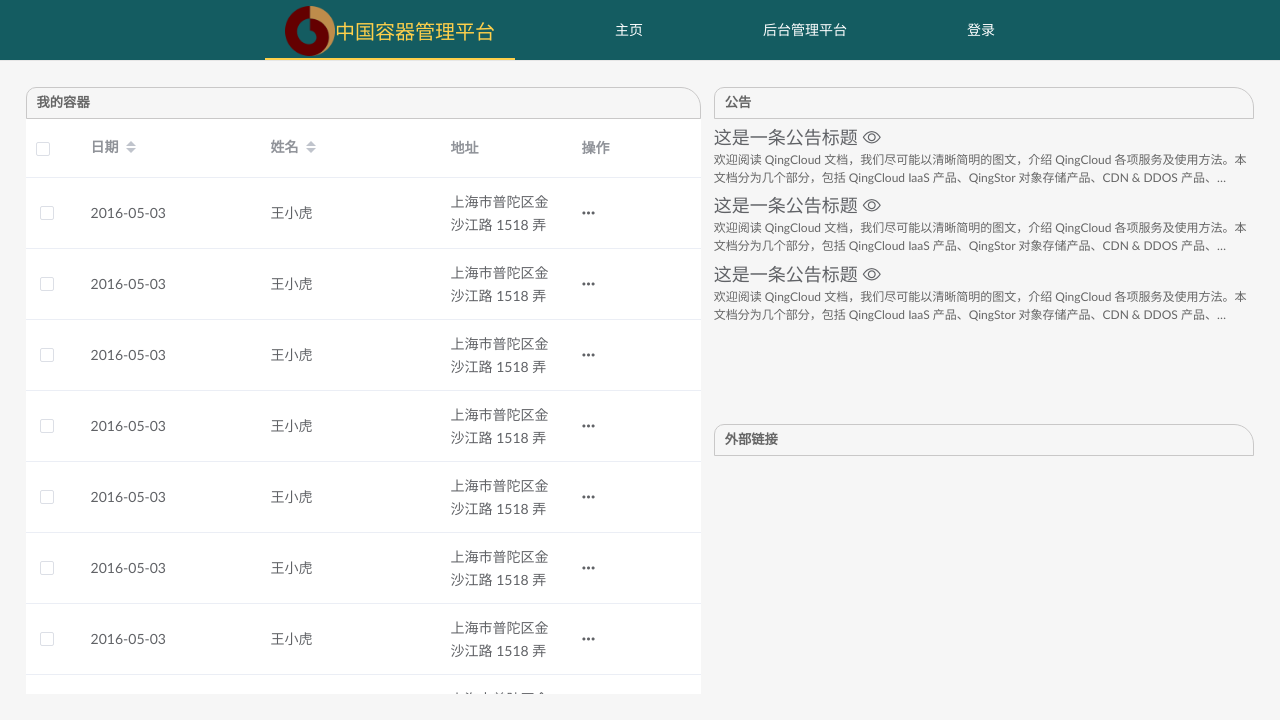
Repository: lei123zhou/zhongjin
Page: /main/home
The author's editor kept a copy of each file at every save. The page is drawn from the files as they stood at one save, then again after the next save.
The browser window is 1280 px wide. The pictures show the whole page.
An inner scrolling area shows only its first screen. The project was rebuilt for these pictures with package versions that can differ from the ones it lists, and the page was loaded fresh each time. Also part of the build but not shown: vue.config.js.

Above is the page before, as saved 2022-08-29 20:42:10.

### src/main.js
import Vue from "vue";
import App from "./App.vue";

Vue.config.productionTip = false;
import "./plugins/element";

import "./main.less";
import router from "./route/index.js";
import store from "./store/index.js";
new Vue({
  router,
  store,
  render: (h) => h(App),
}).$mount("#app");

### src/App.vue
<template>
  <div id="app">
    <router-view></router-view>
  </div>
</template>

<script>
export default {
};
</script>

<style>
#app{
  height: 100%;
  overflow: hidden;

}
</style>>

### src/plugins/element.js
import Vue from "vue";
import {
  Button,
  Form,
  Input,
  Icon,
  FormItem,
  Loading,
  Card,
  Menu,
  MenuItem,
  Submenu,
  Table,
  TableColumn,
  Dropdown,
  DropdownMenu,
  DropdownItem,
  Tooltip,
  Popover,
  Pagination,
  Link,
  Dialog,
} from "element-ui";
import "element-ui/lib/theme-chalk/index.css";
Vue.use(Button);
Vue.use(Form);
Vue.use(Input);
Vue.use(Icon);
Vue.use(FormItem);
Vue.use(Card);
Vue.use(Menu);
Vue.use(MenuItem);
Vue.use(Submenu);
Vue.use(Table);
Vue.use(TableColumn);
Vue.use(Dropdown);
Vue.use(DropdownMenu);
Vue.use(DropdownItem);
Vue.use(Tooltip);
Vue.use(Popover);
Vue.use(Pagination);
Vue.use(Link);
Vue.use(Dialog);
Vue.use(Loading);

### src/main.less
@media (min-width:0px){
    html{font-size:12px;}
}
@media (min-width: 320px){
    html{font-size:12px;}
}
@media (min-width: 340px){
    html{font-size:13px;}
}
@media (min-width: 360px){
    html{font-size:14px;}
}
@media (min-width: 380px){
    html{font-size:15px;}
}
@media (min-width: 400px){
    html{font-size:15px;}
}
@media (min-width: 420px){
    html{font-size:16px;}
}
*{
    margin: 0;
    padding: 0;
}
ul,ol,li,dl{
    list-style-type: none;
}
a{
    text-decoration: none;
}
html,body{
    height: 100%;

    overflow: hidden;

}
body{
    font-family: 'Trebuchet MS', 'Lucida Sans Unicode', 'Lucida Grande', 'Lucida Sans', Arial, sans-serif;
    color: #666;
    line-height: 1.5;
}
.bottom-border,
.top-border {
  position: relative;
}

.bottom-border::after,
.top-border::before {
  content: '';
  position: absolute;
  left: 0;
  right: 0;
  height: 1px;
  background-color:#d43c33;
  transform: scaleY(0.5);
}

.top-border::before {
  top: 0;
}

.bottom-border::after {
  bottom: 0;
}

### src/route/index.js
import Vue from "vue";
import VueRouter from "vue-router";
Vue.use(VueRouter);
const originPush = VueRouter.prototype.push;
VueRouter.prototype.push = function push(location) {
  return originPush.call(this, location).catch((err) => err);
};
const routes = [
  { path: "/", redirect: "/login" },
  { path: "/login", name: 'login', component: () => import('../pages/login/LoginPage.vue') },
  {
    path: "/main", name: 'main', component: () => import('../pages/main/MainPage.vue'), children: [
      { path: "", redirect: "/main/home" },
      {
        path: "home",
        name: "home",
        component: () => import("../pages/home/HomePage.vue"),
      },
    ]
  }
];
const router = new VueRouter({
  routes,
  mode: 'history'
})
export default router;

### src/store/index.js
import Vue from 'vue';
import Vuex from 'vuex';
Vue.use(Vuex);
export default new Vuex.Store({
    state:{},
    getters:{},
    mutations:{}
})

### src/pages/main/MainPage.vue
<template>
  <div class="main">
    <div class="heard">
      <el-menu
        :default-active="activeIndex2"
        class="el-menu-demo"
        mode="horizontal"
        @select="handleSelect"
        background-color="#145c61"
        text-color="#fff"
        active-text-color="#ffd04b"
      >
        <el-menu-item index="1">
          <template slot="title">
            <img src="../../assets/u2.png" alt="" id="logo" />
            <span class="login-title">中国容器管理平台</span>
          </template></el-menu-item
        >
        <el-menu-item index="2">主页</el-menu-item>
        <el-menu-item index="3" @click="toManagement"
          >后台管理平台</el-menu-item
        >
        <el-menu-item index="null">登录</el-menu-item>
      </el-menu>
    </div>
    <router-view></router-view>
  </div>
</template>

<script>
export default {
  data() {
    return {
      activeIndex: "1",
      activeIndex2: "1",
    };
  },
  methods: {
    handleSelect(key, keyPath) {
      console.log(key, keyPath);
    },
    toManagement() {
      this.$router.push("/management");
    },
  },
};
</script>
<style lang="less" scoped>
.main {
  display: flex;
  flex-direction: column;
  justify-content: start;
  background-color: #f6f6f6;
  height: 100%;
  .heard {
    width: 100%;
    background-color: "#145c61";
  }
}
.login-title {
  font-size: 20px;
  line-height: 61px;
}
.clearfix {
  display: flex;
  align-content: center;
  justify-content: space-around;
}
#logo {
  width: 50px;
}
/deep/.el-menu.el-menu--horizontal {
  display: flex;
  justify-content: center;
  li {
    margin: 0 40px;
    padding: 0 20px;
  }
}
</style>

### src/pages/home/HomePage.vue
<template>
  <div class="home">
    <div class="left">
      <h5 class="title">我的容器</h5>
      <el-table
        ref="multipleTable"
        :data="tableData"
        tooltip-effect="dark"
        style="width: 100%"
        @selection-change="handleSelectionChange"
      >
        <el-table-column type="selection" width="55"> </el-table-column>
        <el-table-column prop="date" label="日期" sortable width="180">
        </el-table-column>
        <el-table-column prop="name" label="姓名" sortable width="180">
        </el-table-column>
        <el-table-column prop="address" label="地址" :formatter="formatter">
        </el-table-column>
        <el-table-column label="操作">
          <el-popover placement="right" width="40" trigger="hover">
            <template slot-scope="scope">
              <el-button
                size="mini"
                @click="handleEdit(scope.$index, scope.row)"
                >编辑</el-button
              >
              <el-button
                size="mini"
                type="danger"
                @click="handleDelete(scope.$index, scope.row)"
                >删除</el-button
              >
            </template>
            <i slot="reference" class="el-icon-more"></i>
          </el-popover>
        </el-table-column>
      </el-table>
      <el-pagination background layout="prev, pager, next" :total="1000">
      </el-pagination>
      <div style="margin-top: 20px" v-if="allDel">
        <el-button @click="toggleSelection([tableData[1], tableData[2]])"
          >全部删除</el-button
        >
        <el-button @click="toggleSelection()">取消选择</el-button>
      </div>
    </div>
    <div class="right">
      <div class="right-top">
        <h5 class="title">公告</h5>
        <div class="contaion">
          <div>
            <el-link @click="showDetail"
              >这是一条公告标题<i class="el-icon-view el-icon--right"></i>
            </el-link>
            <span
              >欢迎阅读 QingCloud 文档，我们尽可能以清晰简明的图文，介绍
              QingCloud 各项服务及使用方法。本文档分为几个部分，包括 QingCloud
              IaaS 产品、QingStor 对象存储产品、CDN & DDOS 产品、QingCloud
              AppCenter
              产品等。每类产品的文档包含产品介绍、使用说明、开发者接口文档、FAQ
              等。 如果使用过程中遇到困惑或问题，建议先按产品类型查看下常见问题
              FAQ， 我们会不断收集整理用户提出的问题，并编入 FAQ 。
              对于想更高效地使用 QingCloud，或想通过 QingCloud
              做进一步开发的技术人员，可以参阅 QingCloud 的 API 文档。
              我们开放了资源相关的所有 API，就是希望开发者能够基于 QingCloud
              创造更丰富的上层服务。
              根据中国大陆工信部的规定，所有在大陆境内运行的网站必须进行 ICP
              备案。 详细备案文档请前往 青云备案管理系统 查看。</span
            >
            <diglog ref="show" :announcement="announcement"></diglog>
          </div>
          <div>
            <el-link @click="showDetail"
              >这是一条公告标题<i class="el-icon-view el-icon--right"></i>
            </el-link>
            <span
              >欢迎阅读 QingCloud 文档，我们尽可能以清晰简明的图文，介绍
              QingCloud 各项服务及使用方法。本文档分为几个部分，包括 QingCloud
              IaaS 产品、QingStor 对象存储产品、CDN & DDOS 产品、QingCloud
              AppCenter
              产品等。每类产品的文档包含产品介绍、使用说明、开发者接口文档、FAQ
              等。 如果使用过程中遇到困惑或问题，建议先按产品类型查看下常见问题
              FAQ， 我们会不断收集整理用户提出的问题，并编入 FAQ 。
              对于想更高效地使用 QingCloud，或想通过 QingCloud
              做进一步开发的技术人员，可以参阅 QingCloud 的 API 文档。
              我们开放了资源相关的所有 API，就是希望开发者能够基于 QingCloud
              创造更丰富的上层服务。
              根据中国大陆工信部的规定，所有在大陆境内运行的网站必须进行 ICP
              备案。 详细备案文档请前往 青云备案管理系统 查看。</span
            >
            <diglog ref="show" :announcement="announcement"></diglog>
          </div>
          <div>
            <el-link @click="showDetail"
              >这是一条公告标题<i class="el-icon-view el-icon--right"></i>
            </el-link>
            <span
              >欢迎阅读 QingCloud 文档，我们尽可能以清晰简明的图文，介绍
              QingCloud 各项服务及使用方法。本文档分为几个部分，包括 QingCloud
              IaaS 产品、QingStor 对象存储产品、CDN & DDOS 产品、QingCloud
              AppCenter
              产品等。每类产品的文档包含产品介绍、使用说明、开发者接口文档、FAQ
              等。 如果使用过程中遇到困惑或问题，建议先按产品类型查看下常见问题
              FAQ， 我们会不断收集整理用户提出的问题，并编入 FAQ 。
              对于想更高效地使用 QingCloud，或想通过 QingCloud
              做进一步开发的技术人员，可以参阅 QingCloud 的 API 文档。
              我们开放了资源相关的所有 API，就是希望开发者能够基于 QingCloud
              创造更丰富的上层服务。
              根据中国大陆工信部的规定，所有在大陆境内运行的网站必须进行 ICP
              备案。 详细备案文档请前往 青云备案管理系统 查看。</span
            >
            <diglog ref="show" :announcement="announcement"></diglog>
          </div>
        </div>
      </div>
      <div class="right-down"><h5 class="title">外部链接</h5></div>
    </div>
  </div>
</template>

<script>
import diglog from "./compontents/DiglogCom.vue";
export default {
  components: {
    diglog,
  },
  data() {
    return {
      allDel: false,
      dialogVisible: false,
      announcement: "",
      tableData: [
        {
          date: "2016-05-03",
          name: "王小虎",
          address: "上海市普陀区金沙江路 1518 弄",
        },
        {
          date: "2016-05-03",
          name: "王小虎",
          address: "上海市普陀区金沙江路 1518 弄",
        },
        {
          date: "2016-05-03",
          name: "王小虎",
          address: "上海市普陀区金沙江路 1518 弄",
        },
        {
          date: "2016-05-03",
          name: "王小虎",
          address: "上海市普陀区金沙江路 1518 弄",
        },
        {
          date: "2016-05-03",
          name: "王小虎",
          address: "上海市普陀区金沙江路 1518 弄",
        },
        {
          date: "2016-05-03",
          name: "王小虎",
          address: "上海市普陀区金沙江路 1518 弄",
        },
        {
          date: "2016-05-03",
          name: "王小虎",
          address: "上海市普陀区金沙江路 1518 弄",
        },
        {
          date: "2016-05-03",
          name: "王小虎",
          address: "上海市普陀区金沙江路 1518 弄",
        },
        {
          date: "2016-05-03",
          name: "王小虎",
          address: "上海市普陀区金沙江路 1518 弄",
        },
        {
          date: "2016-05-02",
          name: "王小虎",
          address: "上海市普陀区金沙江路 1518 弄",
        },
        {
          date: "2016-05-04",
          name: "王小虎",
          address: "上海市普陀区金沙江路 1518 弄",
        },
        {
          date: "2016-05-01",
          name: "王小虎",
          address: "上海市普陀区金沙江路 1518 弄",
        },
      ],
      multipleSelection: [],
    };
  },

  methods: {
    toggleSelection(rows) {
      if (rows) {
        rows.forEach((row) => {
          this.$refs.multipleTable.toggleRowSelection(row);
        });
      } else {
        this.$refs.multipleTable.clearSelection();
      }
    },
    handleSelectionChange(val) {
      this.multipleSelection = val;
      this.allDel = !this.allDel;
    },
    // 编辑删除
    handleEdit(index, row) {
      console.log(index, row);
    },
    handleDelete(index, row) {
      console.log(index, row);
    },

    formatter(row) {
      return row.address;
    },
    showDetail() {
      this.$refs.show.showDig();
    },
  },
};
</script>

<style lang="less" scoped>
.home {
  display: flex;
  margin: 2vw;
  height: 100%;
  overflow-x: hidden;
  overflow-y: auto;
  h5 {
    padding: 5px 10px;
    border: 1px solid rgb(201, 200, 200);
    border-top-right-radius: 20px;
    border-top-left-radius: 10px;
  }
}
.left {
  width: 55%;
  margin-right: 1%;
  .el-pagination {
    margin-top: 20px;
    display: flex;
    justify-content: flex-end;
  }
  .el-table .el-table__cell {
    padding: 18px 0;
  }
}
.right {
  flex: 1;
  display: flex;
  flex-direction: column;
  .right-top {
    display: flex;
    flex-direction: column;
    margin-bottom: 1%;
  }
}
.contaion {
  height: 300px;
  div {
    margin: 5px 0px;
  }
  span {
    display: block;
    width: 100%;
    text-overflow: -o-ellipsis-lastline;
    overflow: hidden;
    text-overflow: ellipsis;
    display: -webkit-box;
    -webkit-line-clamp: 2;
    -webkit-box-orient: vertical;
    font-size: 12px;
  }
  .el-link {
    font-size: 18px;
  }
}
</style>

### src/pages/home/compontents/DiglogCom.vue
<template>
  <div>
    <el-dialog
      title="提示"
      :visible.sync="dialogVisible"
      width="30%"
      :before-close="handleClose"
    >
      <span>这是一段信息</span>
      <span slot="footer" class="dialog-footer">
        <el-button type="primary" @click="dialogVisible = false"
          >已阅读</el-button
        >
      </span>
    </el-dialog>
  </div>
</template>

<script>
export default {
  props: ["announcement"],
  data() {
    return {
      dialogVisible: false,
    };
  },
  methods: {
    handleClose(done) {
      this.$confirm("确认关闭？").then(() => {
        done();
      });
    },
    showDig() {
      this.dialogVisible = true;
    },
  },
};
</script>

<style></style>

Loaded but not shown: public/index.html (common file)

After the next save:
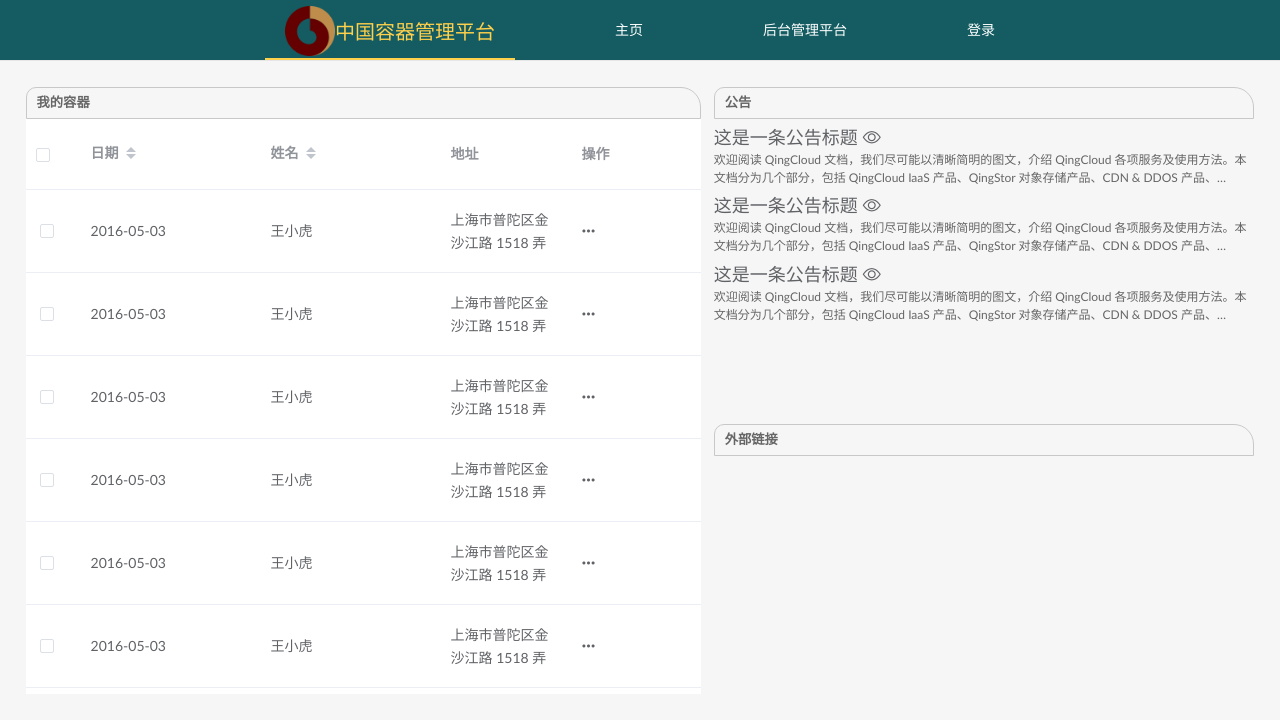
Saved 28 s later.
--- a/src/pages/home/HomePage.vue
+++ b/src/pages/home/HomePage.vue
@@ -249,7 +249,7 @@ export default {
     display: flex;
     justify-content: flex-end;
   }
-  .el-table .el-table__cell {
+  /deep/.el-table .el-table__cell {
     padding: 18px 0;
   }
 }
